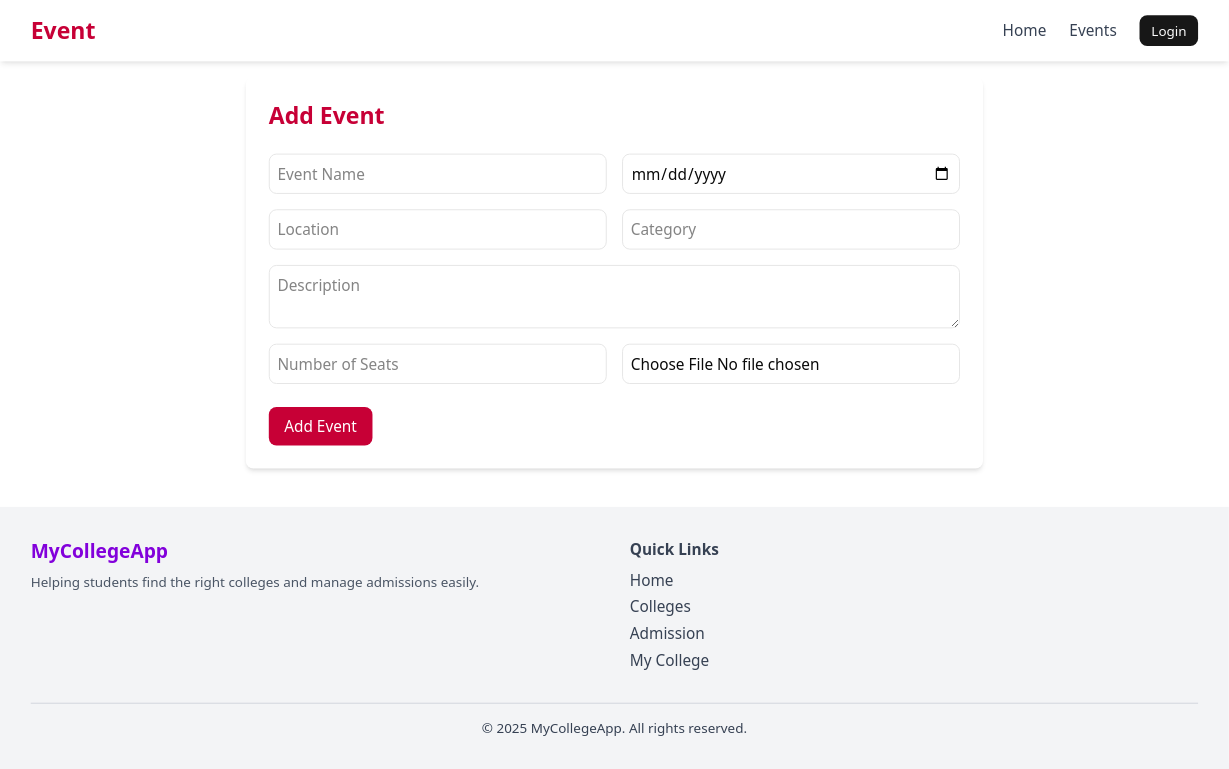
Repository: shshafin/event-client
Page: /add-event
These files come from the project's save history. The page is drawn as it stood at one moment and after the next save; the edit follows.
The browser window is 1280 px wide. The pictures show the whole page, at 96% of full size.
The page's requests for data from a server got no answer. The project was rebuilt for these pictures with package versions that can differ from the ones it lists, and the page was loaded fresh each time. The framework's server and built-in components were replaced by stand-ins that run in the browser. No one was signed in, and anything a server would have sent is missing. Also part of the build but not shown: next.config.ts, src/components/ui/dropdown-menu.tsx.

Above is the page before, as saved 2025-10-30 01:04:54.

### src/app/layout.tsx
import "@/styles/globals.css";
import { Viewport } from "next";
import clsx from "clsx";

import { fontSans } from "@/config/font";
import { Providers } from "@/lib/provider";

export const viewport: Viewport = {
  themeColor: [
    { media: "(prefers-color-scheme: light)", color: "white" },
    { media: "(prefers-color-scheme: dark)", color: "black" },
  ],
};

export default function RootLayout({
  children,
}: {
  children: React.ReactNode;
}) {
  return (
    <html
      suppressHydrationWarning
      lang="en">
      <head />
      <body
        className={clsx(
          "min-h-screen bg-background font-sans antialiased",
          fontSans.variable
        )}>
        <Providers>{children}</Providers>
      </body>
    </html>
  );
}

### src/app/(withCommonLayout)/layout.tsx
import Footer from "@/components/ui/Footer";
import Navbar from "@/components/ui/Navbar";
import React from "react";

const withCommonLayout = ({ children }: { children: React.ReactNode }) => {
  return (
    <div className="relative flex flex-col h-screen">
      <Navbar />
      <main>{children}</main>
      <Footer />
    </div>
  );
};

export default withCommonLayout;

### src/app/(withCommonLayout)/(admin)/add-event/page.tsx
"use client";

import { useState } from "react";
import { zodResolver } from "@hookform/resolvers/zod";
import * as z from "zod";
import { useAddEvent } from "@/hooks/event.hook";
import FXForm from "@/components/form/FXForm";
import { useFormContext } from "react-hook-form";

// Event validation schema
const eventSchema = z.object({
  name: z.string().min(1, "Event name is required"),
  date: z.string().min(1, "Date is required"),
  location: z.string().min(1, "Location is required"),
  category: z.string().min(1, "Category is required"),
  description: z.string().min(1, "Description is required"),
  numberOfSeats: z.number().min(1, "Number of seats must be at least 1"),
  image: z.any(),
});

type EventFormValues = z.infer<typeof eventSchema>;

// Input fields using useFormContext
const EventFormInputs = () => {
  const {
    register,
    formState: { errors },
  } = useFormContext<EventFormValues>();

  return (
    <div className="grid gap-4 sm:grid-cols-1 md:grid-cols-2">
      <div className="flex flex-col">
        <input
          type="text"
          placeholder="Event Name"
          {...register("name")}
          className="border p-2 rounded-md w-full"
        />
        {errors.name && (
          <p className="text-red-500 text-sm">{errors.name.message}</p>
        )}
      </div>

      <div className="flex flex-col">
        <input
          type="date"
          {...register("date")}
          className="border p-2 rounded-md w-full"
        />
        {errors.date && (
          <p className="text-red-500 text-sm">{errors.date.message}</p>
        )}
      </div>

      <div className="flex flex-col">
        <input
          type="text"
          placeholder="Location"
          {...register("location")}
          className="border p-2 rounded-md w-full"
        />
        {errors.location && (
          <p className="text-red-500 text-sm">{errors.location.message}</p>
        )}
      </div>

      <div className="flex flex-col">
        <input
          type="text"
          placeholder="Category"
          {...register("category")}
          className="border p-2 rounded-md w-full"
        />
        {errors.category && (
          <p className="text-red-500 text-sm">{errors.category.message}</p>
        )}
      </div>

      <div className="flex flex-col md:col-span-2">
        <textarea
          placeholder="Description"
          {...register("description")}
          className="border p-2 rounded-md w-full"
        />
        {errors.description && (
          <p className="text-red-500 text-sm">{errors.description.message}</p>
        )}
      </div>

      <div className="flex flex-col">
        <input
          type="number"
          placeholder="Number of Seats"
          {...register("numberOfSeats", { valueAsNumber: true })}
          className="border p-2 rounded-md w-full"
        />
        {errors.numberOfSeats && (
          <p className="text-red-500 text-sm">{errors.numberOfSeats.message}</p>
        )}
      </div>

      <div className="flex flex-col">
        <input
          type="file"
          accept="image/*"
          {...register("image")}
          className="border p-2 rounded-md w-full"
        />
      </div>
    </div>
  );
};

export default function AddEventPage() {
  const { mutateAsync, isPending } = useAddEvent();
  const [error, setError] = useState<string | null>(null);

  const handleSubmit = async (data: EventFormValues) => {
    try {
      const formData = new FormData();
      formData.append("name", data.name);
      formData.append("date", data.date);
      formData.append("location", data.location);
      formData.append("category", data.category);
      formData.append("description", data.description);
      formData.append("numberOfSeats", data.numberOfSeats.toString());

      if (data.image?.length > 0) {
        formData.append("image", data.image[0]);
      }

      await mutateAsync(formData);
      alert("Event created successfully!");
    } catch (err: any) {
      setError(err.message || "Failed to create event");
    }
  };

  return (
    <section className="h-100">
      <div className="max-w-3xl mx-auto mt-20 p-4 sm:p-6 bg-white shadow-md rounded-md">
        <h2 className="text-2xl font-bold mb-6 text-rose-700 text-center sm:text-left">
          Add Event
        </h2>

        <FXForm
          onSubmit={handleSubmit}
          resolver={zodResolver(eventSchema)}>
          <EventFormInputs />

          {error && <p className="text-red-500 mt-2">{error}</p>}

          <button
            type="submit"
            disabled={isPending}
            className="mt-6 w-full sm:w-auto bg-rose-700 text-white py-2 px-4 rounded-md hover:bg-rose-800 transition-colors duration-200">
            {isPending ? "Submitting..." : "Add Event"}
          </button>
        </FXForm>
      </div>
    </section>
  );
}

### src/lib/provider/index.tsx
"use client";

import * as React from "react";
import { QueryClient, QueryClientProvider } from "@tanstack/react-query";
import { Toaster } from "sonner";
import UserProvider from "@/context/user.provider";

export interface ProvidersProps {
  children: React.ReactNode;
}

export function Providers({ children }: ProvidersProps) {
  const queryClient = new QueryClient();

  return (
    <QueryClientProvider client={queryClient}>
      <UserProvider>
        <Toaster
          richColors
          position="top-center"
          closeButton
        />
        {children}
      </UserProvider>
    </QueryClientProvider>
  );
}

### src/components/ui/Footer.tsx
"use client";

import Link from "next/link";

export default function Footer() {
  return (
    <footer className="bg-gray-100 dark:bg-gray-900 text-gray-700 dark:text-gray-300 py-8 mt-12">
      <div className="max-w-7xl mx-auto px-4 sm:px-6 lg:px-8">
        <div className="grid grid-cols-1 md:grid-cols-2 gap-8">
          {/* Logo & description */}
          <div>
            <span className="font-bold text-xl text-purple-700">
              MyCollegeApp
            </span>
            <p className="mt-2 text-sm text-gray-600 dark:text-gray-400">
              Helping students find the right colleges and manage admissions
              easily.
            </p>
          </div>

          {/* Quick Links */}
          <div>
            <h3 className="font-semibold mb-2">Quick Links</h3>
            <ul className="space-y-1">
              <li>
                <Link
                  href="/"
                  className="hover:text-purple-700">
                  Home
                </Link>
              </li>
              <li>
                <Link
                  href="/college"
                  className="hover:text-purple-700">
                  Colleges
                </Link>
              </li>
              <li>
                <Link
                  href="/admission"
                  className="hover:text-purple-700">
                  Admission
                </Link>
              </li>
              <li>
                <Link
                  href="/my-college"
                  className="hover:text-purple-700">
                  My College
                </Link>
              </li>
            </ul>
          </div>
        </div>

        <div className="mt-8 border-t border-gray-300 dark:border-gray-700 pt-4 text-center text-sm">
          © {new Date().getFullYear()} MyCollegeApp. All rights reserved.
        </div>
      </div>
    </footer>
  );
}

### src/hooks/event.hook.ts
import {
  addEvent,
  getEventById,
  getEvents,
  searchEventsByName,
} from "@/services/Event-Service";
import { useQuery, useMutation } from "@tanstack/react-query";

// ✅ Get all events
export const useGetEvents = () => {
  return useQuery({
    queryKey: ["GET_EVENTS"],
    queryFn: async () => await getEvents(),
  });
};

// ✅ Get single event by ID
export const useGetEventById = (id: string) => {
  return useQuery({
    queryKey: ["GET_EVENT", id],
    queryFn: async () => await getEventById(id),
    enabled: !!id,
  });
};

// ✅ Search events by name
export const useSearchEvents = (name: string) => {
  return useQuery({
    queryKey: ["SEARCH_EVENTS", name],
    queryFn: async () => await searchEventsByName(name),
    enabled: !!name,
  });
};

// ✅ Add new event (admin only)
export const useAddEvent = () => {
  return useMutation({
    mutationFn: async (formData: FormData) => await addEvent(formData),
  });
};

### src/components/form/FXForm.tsx
"use client";

import { FormProvider, SubmitHandler, useForm } from "react-hook-form";

interface formConfig {
  defaultValues?: Record<string, any>;
  resolver?: any;
}

interface IProps extends formConfig {
  onSubmit: SubmitHandler<any>;
  children: React.ReactNode;
}

const FXForm = ({ children, onSubmit, defaultValues, resolver }: IProps) => {
  const formConfig: formConfig = {};
  if (!!defaultValues) {
    formConfig["defaultValues"] = defaultValues;
  }
  if (!!resolver) {
    formConfig["resolver"] = resolver;
  }
  const methods = useForm(formConfig);
  const submitHandler = methods.handleSubmit;
  return (
    <FormProvider {...methods}>
      <form onSubmit={submitHandler(onSubmit)}>{children}</form>
    </FormProvider>
  );
};

export default FXForm;

### src/context/user.provider.tsx
"use client";

import {
  createContext,
  Dispatch,
  SetStateAction,
  useContext,
  useEffect,
  useState,
} from "react";
import { IUser } from "../types";
import { getCurrentUser } from "../services/AuthService";

interface IUserProviderValues {
  user: IUser | null;
  isLoading: boolean;
  setUser: (user: IUser | null) => void;
  setIsLoading: Dispatch<SetStateAction<boolean>>;
}

const UserContext = createContext<IUserProviderValues | undefined>(undefined);

const UserProvider = ({ children }: { children: React.ReactNode }) => {
  const [user, setUser] = useState<IUser | null>(null);
  const [isLoading, setIsLoading] = useState(true);

  const handleUser = async () => {
    try {
      const user = await getCurrentUser();
      setUser(user);
    } catch (error) {
      console.error("Failed to fetch user:", error);
      setUser(null);
    } finally {
      setIsLoading(false);
    }
  };

  useEffect(() => {
    handleUser();
  }, []);

  return (
    <UserContext.Provider value={{ user, setUser, isLoading, setIsLoading }}>
      {children}
    </UserContext.Provider>
  );
};

export const useUser = () => {
  const context = useContext(UserContext);

  if (context === undefined) {
    throw new Error("useUser must be used within the UserProvider context");
  }

  return context;
};

export default UserProvider;

### src/components/ui/button.tsx
import * as React from "react"
import { Slot } from "@radix-ui/react-slot"
import { cva, type VariantProps } from "class-variance-authority"

import { cn } from "@/lib/utils"

const buttonVariants = cva(
  "inline-flex items-center justify-center gap-2 whitespace-nowrap rounded-md text-sm font-medium transition-all disabled:pointer-events-none disabled:opacity-50 [&_svg]:pointer-events-none [&_svg:not([class*='size-'])]:size-4 shrink-0 [&_svg]:shrink-0 outline-none focus-visible:border-ring focus-visible:ring-ring/50 focus-visible:ring-[3px] aria-invalid:ring-destructive/20 dark:aria-invalid:ring-destructive/40 aria-invalid:border-destructive",
  {
    variants: {
      variant: {
        default: "bg-primary text-primary-foreground hover:bg-primary/90",
        destructive:
          "bg-destructive text-white hover:bg-destructive/90 focus-visible:ring-destructive/20 dark:focus-visible:ring-destructive/40 dark:bg-destructive/60",
        outline:
          "border bg-background shadow-xs hover:bg-accent hover:text-accent-foreground dark:bg-input/30 dark:border-input dark:hover:bg-input/50",
        secondary:
          "bg-secondary text-secondary-foreground hover:bg-secondary/80",
        ghost:
          "hover:bg-accent hover:text-accent-foreground dark:hover:bg-accent/50",
        link: "text-primary underline-offset-4 hover:underline",
      },
      size: {
        default: "h-9 px-4 py-2 has-[>svg]:px-3",
        sm: "h-8 rounded-md gap-1.5 px-3 has-[>svg]:px-2.5",
        lg: "h-10 rounded-md px-6 has-[>svg]:px-4",
        icon: "size-9",
        "icon-sm": "size-8",
        "icon-lg": "size-10",
      },
    },
    defaultVariants: {
      variant: "default",
      size: "default",
    },
  }
)

function Button({
  className,
  variant,
  size,
  asChild = false,
  ...props
}: React.ComponentProps<"button"> &
  VariantProps<typeof buttonVariants> & {
    asChild?: boolean
  }) {
  const Comp = asChild ? Slot : "button"

  return (
    <Comp
      data-slot="button"
      className={cn(buttonVariants({ variant, size, className }))}
      {...props}
    />
  )
}

export { Button, buttonVariants }

### src/services/AuthService/index.ts
"use server";
import { axiosInstance } from "@/lib/AxiosInstance";
import { cookies } from "next/headers";
import { FieldValues } from "react-hook-form";

// ! Register User
export const registerUser = async (userData: FieldValues) => {
  try {
    const { data } = await axiosInstance.post("/users/register", userData);
    return data;
  } catch (error: any) {
    throw new Error(error);
  }
};

// ! Login User
export const loginUser = async (userData: FieldValues) => {
  try {
    const { data } = await axiosInstance.post("/auth/login", userData);
    if (data?.success) {
      (await cookies()).set("access_token", data?.data?.accessToken);
    }
    return data;
  } catch (error: any) {
    throw new Error(error);
  }
};

// ! Logout User
export const logoutUser = async () => {
  (await cookies()).delete("access_token");
};

// ! get user
export const getCurrentUser = async () => {
  const accessToken = (await cookies()).get("access_token")?.value;

  if (!accessToken) return null;

  try {
    const { data } = await axiosInstance.get("/auth/me", {
      headers: {
        Authorization: `Bearer ${accessToken}`,
      },
    });

    return data;
  } catch (err) {
    console.error("Failed to fetch current user:", err);
    return null;
  }
};

### src/services/Event-Service/index.ts
"use server";

import { axiosInstance } from "@/lib/AxiosInstance";
import { getToken } from "../AdmissionService";

// Get all events
export const getEvents = async () => {
  try {
    const { data } = await axiosInstance.get("/events/all");
    return data;
  } catch (error: any) {
    throw new Error(error?.response?.data?.message || "Failed to fetch events");
  }
};

// Get single event by ID
export const getEventById = async (id: string) => {
  try {
    const { data } = await axiosInstance.get(`/events/${id}`);
    return data;
  } catch (error: any) {
    throw new Error(error?.response?.data?.message || "Failed to fetch event");
  }
};

// Add new event (admin only)
export const addEvent = async (payload: FormData) => {
  try {
    const token = await getToken();

    const { data } = await axiosInstance.post("/events/create", payload, {
      headers: {
        Authorization: `Bearer ${token}`,
        "Content-Type": "multipart/form-data",
      },
    });

    return data;
  } catch (error: any) {
    throw new Error(error?.response?.data?.message || "Failed to create event");
  }
};

// Search events by name
export const searchEventsByName = async (name: string) => {
  try {
    const { data } = await axiosInstance.get("/events/search", {
      params: { name },
    });
    return data;
  } catch (error: any) {
    throw new Error(
      error?.response?.data?.message || "Failed to search events"
    );
  }
};

### src/lib/AxiosInstance/index.ts
"use server";

import { envConfig } from "@/config/envConfig";
import axios from "axios";
import { cookies } from "next/headers";

export const axiosInstance = axios.create({
  baseURL: envConfig.base_Api,
});

axiosInstance.interceptors.request.use(
  async (config) => {
    try {
      const cookieStore = await cookies(); //
      const cookie = cookieStore.get("accessToken");
      const accessToken = cookie?.value;

      if (accessToken && config.headers) {
        config.headers.Authorization = `Bearer ${accessToken}`;
      }

      return config;
    } catch (err) {
      console.error("Axios request interceptor error:", err);
      return config;
    }
  },
  (error) => {
    return Promise.reject(error);
  }
);

axiosInstance.interceptors.response.use(
  (response) => response,
  (error) => {
    console.error(
      "Axios response error:",
      error.response?.data || error.message
    );
    return Promise.reject(error);
  }
);

### src/services/AdmissionService/index.ts
"use server";

import { axiosInstance } from "@/lib/AxiosInstance";
import { cookies } from "next/headers";

// Helper to get token from cookies
export const getToken = async () => {
  const cookieStore = await cookies();
  const token = cookieStore.get("access_token")?.value;
  if (!token)
    throw new Error("Authentication token not found. Please login again.");
  return token;
};

// Create Admission
export const createAdmission = async (formData: FormData) => {
  try {
    const token = await getToken();

    const { data } = await axiosInstance.post("/admissions/create", formData, {
      headers: {
        "Content-Type": "multipart/form-data",
        Authorization: `Bearer ${token}`,
      },
    });

    console.log("Admission created successfully:", data);
    return data;
  } catch (error: any) {
    console.error(
      "Create admission error:",
      error.response?.data || error.message
    );
    throw new Error(
      error.response?.data?.message ||
        "Failed to create admission. Please try again."
    );
  }
};

// Get My Admissions
export const getMyAdmissions = async () => {
  try {
    const token = await getToken();

    const { data } = await axiosInstance.get("/admissions/my", {
      headers: {
        Authorization: `Bearer ${token}`,
      },
    });

    console.log("My admissions retrieved:", data);
    return data;
  } catch (error: any) {
    console.error(
      "Get my admissions error:",
      error.response?.data || error.message
    );
    throw new Error(
      error.response?.data?.message || "Failed to fetch your admissions."
    );
  }
};

// Get Admission by ID
export const getAdmissionById = async (id: string) => {
  try {
    const token = await getToken();

    const { data } = await axiosInstance.get(`/admissions/${id}`, {
      headers: {
        Authorization: `Bearer ${token}`,
      },
    });

    return data;
  } catch (error: any) {
    console.error(
      "Get admission by ID error:",
      error.response?.data || error.message
    );
    throw new Error(
      error.response?.data?.message || "Failed to fetch admission details."
    );
  }
};

// edit Admission
export const editAdmission = async (id: any, admissionData: any) => {
  try {
    const token = await getToken();

    const { data } = await axiosInstance.patch(
      `/admissions/update/${id}`,
      admissionData,
      {
        headers: {
          "Content-Type": "application/json",
          Authorization: `Bearer ${token}`,
        },
      }
    );

    console.log("Admission updated successfully:", data);
    return data;
  } catch (error: any) {
    console.error(
      "Edit admission error:",
      error.response?.data || error.message
    );
    throw new Error(
      error.response?.data?.message ||
        "Failed to update admission. Please try again."
    );
  }
};

### src/config/envConfig.ts
export const envConfig = {
  base_Api: process.env.NEXT_PUBLIC_BASE_API,
  base_Url: process.env.NEXT_PUBLIC_BASE_URL,
};

Loaded but not shown: src/styles/globals.css (common file); src/config/font.ts (common file); src/lib/utils.ts (common file); src/components/ui/Navbar.tsx (200 lines, source omitted)

After the next save:
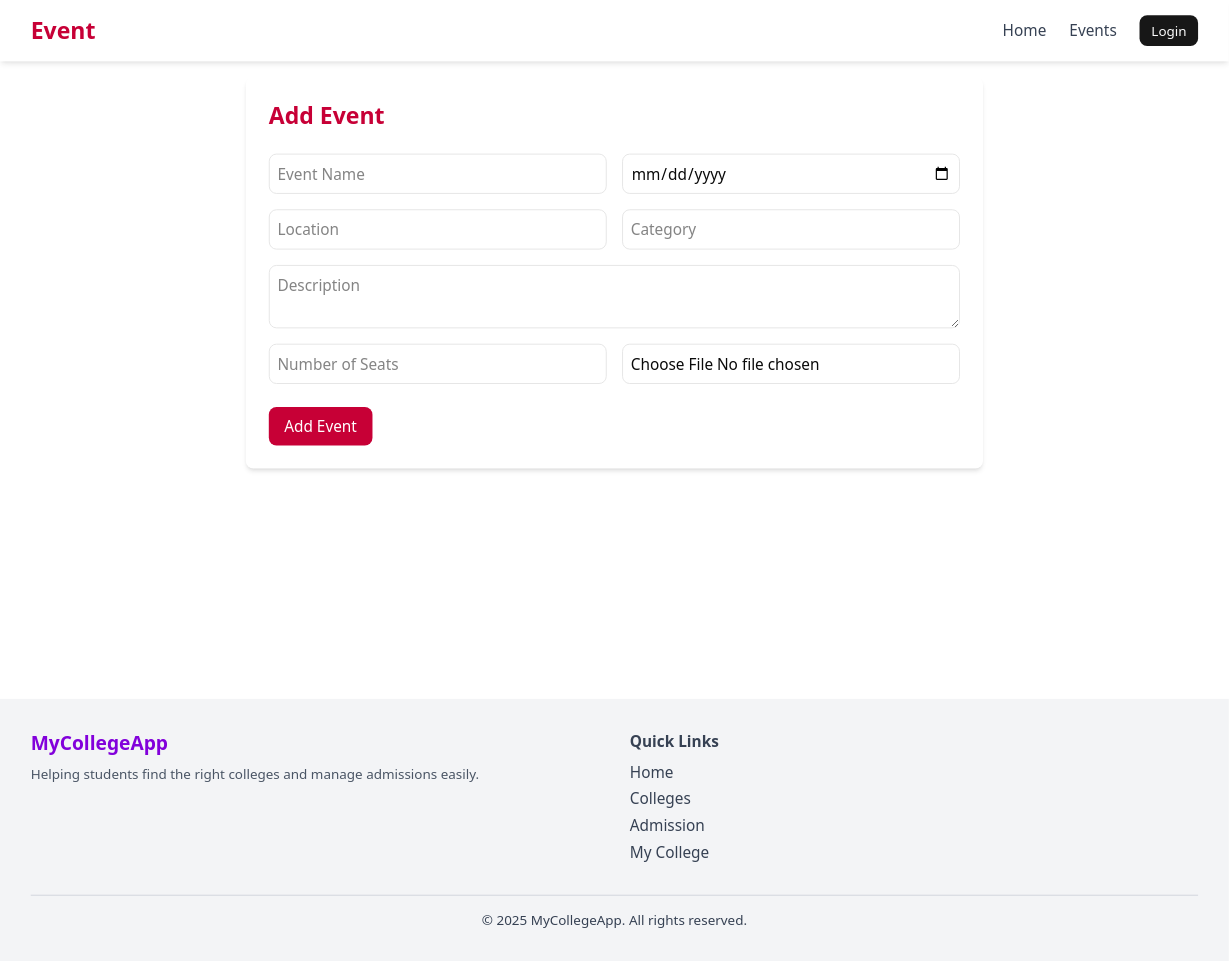
Saved 5 s later.
--- a/src/app/(withCommonLayout)/(admin)/add-event/page.tsx
+++ b/src/app/(withCommonLayout)/(admin)/add-event/page.tsx
@@ -137,7 +137,7 @@ export default function AddEventPage() {
   };
 
   return (
-    <section className="h-100">
+    <section className="h-150">
       <div className="max-w-3xl mx-auto mt-20 p-4 sm:p-6 bg-white shadow-md rounded-md">
         <h2 className="text-2xl font-bold mb-6 text-rose-700 text-center sm:text-left">
           Add Event
